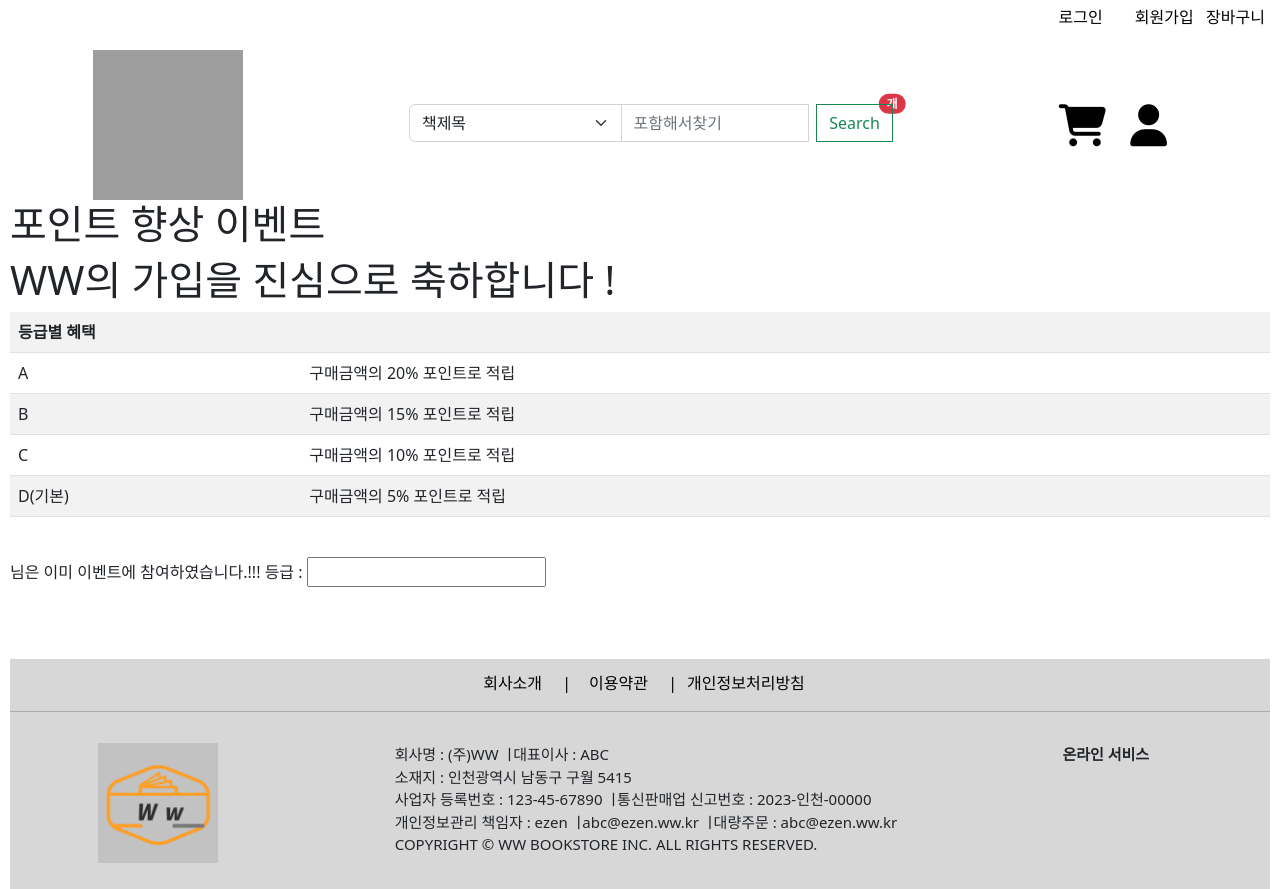
Repository: bongbongi/book1
Page: http://localhost/book/WEB-INF/views/event.jsp
The author's editor kept a copy of each file at every save. The page is drawn from the files as they stood at one save, then again after the next save.
The browser window is 1280 px wide. The pictures show the whole page.
Pictures or frames that could not be fetched are drawn as grey boxes. Some web libraries are served in a nearby version. The page is served by Tomcat 9. Nobody is signed in. Other server files are loaded and not shown. The template is opened directly, without the code that normally fills it, so the values that code supplies are empty.

Above is the page before, as saved 2023-01-23 14:40:43.

### book/src/main/webapp/WEB-INF/views/event.jsp
<%@ page language="java" contentType="text/html; charset=UTF-8" pageEncoding="UTF-8"%>
<%@ taglib uri="http://java.sun.com/jsp/jstl/core" prefix="c"%>
<%@ taglib uri="http://java.sun.com/jsp/jstl/functions" prefix="fn"%>
<!DOCTYPE html>
<html>
<head>
<meta charset="UTF-8">
<title>Insert title here</title>
<style type="text/css">
.event_main {
   margin: 0 auto;
   width: 1260px;
}
#eventBefore{

}
#eventAfter{
   display: none;
}
</style>
<link rel="stylesheet" href="/resources/css/main.css" type="text/css" />
<script type="text/javascript" src="/resources/js/Winwheel.js"></script>
<script src="http://cdnjs.cloudflare.com/ajax/libs/gsap/latest/TweenMax.min.js"></script>
</head>


<body>

   <jsp:include page="./layout/header.jsp"></jsp:include>
   <div class="event_main">

      <h1>포인트 향상 이벤트</h1>
      <h1>WW의 가입을 진심으로 축하합니다 !</h1>

      <table class="table table-striped">
         <tr>
            <th colspan="2">등급별 혜택</th>
         </tr>
         <tr>
            <td>A</td>
            <td>구매금액의 20% 포인트로 적립</td>
         </tr>
         <tr>
            <td>B</td>
            <td>구매금액의 15% 포인트로 적립</td>
         </tr>
         <tr>
            <td>C</td>
            <td>구매금액의 10% 포인트로 적립</td>
         </tr>
         <tr>
            <td>D(기본)</td>
            <td>구매금액의 5% 포인트로 적립</td>
         </tr>
      </table>
      <br>

      <c:if test="${ses.mem_rating ne 'D'}">
            ${ses.mem_id}님은 이미 이벤트에 참여하였습니다.!!!
            ${ses.mem_id} 등급 :  <input id="rating" value="${ses.mem_rating }">
      </c:if>

      <c:if test="${ses.mem_rating eq 'D'}">
        <div id="eventBefore"> ${ses.mem_id}님은 아직 <input value="${ses.mem_rating }"> 등급입니다.!!!(등급변경가능)</div>
        <div id="eventAfter"> ${ses.mem_id}님 <input id="rating" value="${ses.mem_rating }"> 등급입니다.!!! 축하합니다</div>
        <div align="center">
            <table cellpadding="0" cellspacing="0" border="0">
               <tr>
                  <td>
                     <div class="power_controls">
                        <br /> <br />
                        <table class="power" cellpadding="10" cellspacing="0">
                           <tr>
                              <th align="center">Power</th>
                           </tr>
                           <tr>
                              <td width="78" align="center" id="pw3" onClick="powerSelected(3);">High</td>
                           </tr>
                           <tr>
                              <td align="center" id="pw2" onClick="powerSelected(2);">Med</td>
                           </tr>
                           <tr>
                              <td align="center" id="pw1" onClick="powerSelected(1);">Low</td>
                           </tr>
                        </table>
                        <br /> <img id="spin_button" src="/resources/img/spin_off.png" alt="Spin" onClick="startSpin();" />

                     </div>
                  </td>
                  <td width="438" height="582" class="the_wheel" align="center" valign="center">
                     <canvas id="canvas" width="434" height="434">
                            <p style="color: white" align="center">Sorry, your browser doesn't support canvas. Please try another.</p>
                        </canvas>
                  </td>
               </tr>
            </table>
         </div>
      </c:if>
      <script>
            // Create new wheel object specifying the parameters at creation time.
            let theWheel = new Winwheel({
                'numSegments'  : 8,     // Specify number of segments.
                'outerRadius'  : 212,   // Set outer radius so wheel fits inside the background.
                'textFontSize' : 28,    // Set font size as desired.
                'segments'     :        // Define segments including colour and text.
                [
                    {'fillStyle' : '#7286D3', 'text' : 'A'},
                     {'fillStyle' : '#8EA7E9', 'text' : 'B'},
                     {'fillStyle' : '#E5E0FF', 'text' : 'C'},
                     {'fillStyle' : '#FFF2F2', 'text' : 'D'},
                     {'fillStyle' : '#7286D3', 'text' : 'A'},
                     {'fillStyle' : '#8EA7E9', 'text' : 'B'},
                     {'fillStyle' : '#E5E0FF', 'text' : 'C'},
                     {'fillStyle' : '#FFF2F2', 'text' : 'D'}
                ],
                'animation' :           // Specify the animation to use.
                {
                    'type'     : 'spinToStop',
                    'duration' : 5,     // Duration in seconds.
                    'spins'    : 8,     // Number of complete spins.
                    'callbackFinished' : alertPrize
                }
            });

            // Vars used by the code in this page to do power controls.
            let wheelPower    = 0;
            let wheelSpinning = false;

            // -------------------------------------------------------
            // Function to handle the onClick on the power buttons.
            // -------------------------------------------------------
            function powerSelected(powerLevel)
            {
                // Ensure that power can't be changed while wheel is spinning.
                if (wheelSpinning == false) {
                    // Reset all to grey incase this is not the first time the user has selected the power.
                    document.getElementById('pw1').className = "";
                    document.getElementById('pw2').className = "";
                    document.getElementById('pw3').className = "";

                    // Now light up all cells below-and-including the one selected by changing the class.
                    if (powerLevel >= 1) {
                        document.getElementById('pw1').className = "pw1";
                    }

                    if (powerLevel >= 2) {
                        document.getElementById('pw2').className = "pw2";
                    }

                    if (powerLevel >= 3) {
                        document.getElementById('pw3').className = "pw3";
                    }

                    // Set wheelPower var used when spin button is clicked.
                    wheelPower = powerLevel;

                    // Light up the spin button by changing it's source image and adding a clickable class to it.
                    document.getElementById('spin_button').src = "/resources/img/spin_on.png";
                    document.getElementById('spin_button').className = "clickable";
                }
            }

            // -------------------------------------------------------
            // Click handler for spin button.
            // -------------------------------------------------------
            function startSpin()
            {
                // Ensure that spinning can't be clicked again while already running.
                if (wheelSpinning == false) {
                    // Based on the power level selected adjust the number of spins for the wheel, the more times is has
                    // to rotate with the duration of the animation the quicker the wheel spins.
                    if (wheelPower == 1) {
                        theWheel.animation.spins = 3;
                    } else if (wheelPower == 2) {
                        theWheel.animation.spins = 8;
                    } else if (wheelPower == 3) {
                        theWheel.animation.spins = 15;
                    }

                    // Disable the spin button so can't click again while wheel is spinning.
                    document.getElementById('spin_button').src       = "/resources/img/spin_off.png";
                    document.getElementById('spin_button').className = "";

                    // Begin the spin animation by calling startAnimation on the wheel object.
                    theWheel.startAnimation();

                    // Set to true so that power can't be changed and spin button re-enabled during
                    // the current animation. The user will have to reset before spinning again.
                    wheelSpinning = true;
                }
            }

            // -------------------------------------------------------
            // Function for reset button.
            // -------------------------------------------------------
            function resetWheel()
            {
                theWheel.stopAnimation(false);  // Stop the animation, false as param so does not call callback function.
                theWheel.rotationAngle = 0;     // Re-set the wheel angle to 0 degrees.
                theWheel.draw();                // Call draw to render changes to the wheel.

                document.getElementById('pw1').className = "";  // Remove all colours from the power level indicators.
                document.getElementById('pw2').className = "";
                document.getElementById('pw3').className = "";

                wheelSpinning = false;          // Reset to false to power buttons and spin can be clicked again.
            }

            // -------------------------------------------------------
            // Called when the spin animation has finished by the callback feature of the wheel because I specified callback in the parameters
            // note the indicated segment is passed in as a parmeter as 99% of the time you will want to know this to inform the user of their prize.
            // -------------------------------------------------------

              async function putGrade(memData){
            try {
                 const url='/event';
                 const config={
                     method : 'post',
                     headers : {
                         'content-type':'application/json; charset=utf-8'
                     },
                     body:JSON.stringify(memData)
                 };
                 const resp=await fetch(url,config);
                 const result=await resp.text();
                 return result;
             } catch (error) {
                 console.log(error);
             }
         }

            function alertPrize(indicatedSegment)
            {
               const mnoVal = '<c:out value="${ses.mem_num}" />';
             console.log(mnoVal);

                  const mem_rating=indicatedSegment.text;
             console.log(mem_rating);
             let memData={
                mem_num:mnoVal,
                mem_rating:mem_rating
             };

              putGrade(memData).then(result=>{
                 if(result>0){
                      alert(mem_rating+"등급 혜택에 당첨되셨습니다 !!!");
                      document.getElementById('eventBefore').style.display="none";
                      document.getElementById('eventAfter').style.display="inline-block";
                      document.getElementById('rating').value = mem_rating;

                 }
              })

            }
        </script>
        <br><br><br><br>
   </div>
   <jsp:include page="./layout/footer.jsp"></jsp:include>
</body>
</html>

### book/src/main/webapp/WEB-INF/views/layout/header.jsp
<%@ page language="java" contentType="text/html; charset=UTF-8" pageEncoding="UTF-8"%>
<%@ taglib uri="http://java.sun.com/jsp/jstl/core" prefix="c"%>
<link href="https://cdn.jsdelivr.net/npm/bootstrap@5.2.2/dist/css/bootstrap.min.css" rel="stylesheet" integrity="sha384-Zenh87qX5JnK2Jl0vWa8Ck2rdkQ2Bzep5IDxbcnCeuOxjzrPF/et3URy9Bv1WTRi" crossorigin="anonymous">
<script src="https://kit.fontawesome.com/92e616dfba.js" crossorigin="anonymous"></script>
<meta charset="UTF-8">
<!DOCTYPE html>
<html>
<head>
<style>
.header {
   margin: 0 auto;
   width: 1260px;
   height: 200px;
}

.menu {
   display: flex;
   justify-content: flex-end;
   padding: 5px;
}

.logo {
   width: 150px;
   height: 150px;
   background-color: blue;
}

.logo>a>img {
   width: 150px;
   height: 150px;
}

.searchBar {
   /* position:absolute; */
   width: 484px;
   height: 42px;
   /* background-color: gold; */
   margin-top: 54px;
   border-radius: 30px;
}

.bar {
   height: 150px;
   display: flex;
   flex-direction: row;
   flex-wrap: nowrap;
   justify-content: space-around;
   /*    align-items: baseline; */
}

.icons>a>i {
   font-size: 42px;
   color: black;
   margin-top: 54px;
   margin-right: 20px;
}
</style>
</head>
<body>
   <div class="header">
      <div class="menu">
         <c:if test="${ses.mem_id ==null}">
            <ul>
               <a href="/mem/loginPage">로그인</a>
            </ul>
            <ul>
               <a href="/mem/joinPage">회원가입</a>
            </ul>
         </c:if>
         <c:if test="${ses.mem_auth == '0' }">
            <ul>
               <a href="/mem/logOut">로그아웃</a>
            </ul>
            <ul>
               <a href="/mem/adminPage">관리인페이지</a>
            </ul>
         </c:if>
         <c:if test="${ses.mem_id !=null && ses.mem_auth !='0' }">
            <ul>
               <a href="/mem/logOut">로그아웃</a>
            </ul>
            <ul>
               <a href="/mem/mypage">마이페이지</a>
            </ul>
         </c:if>
         <%-- <ul>
            <a href="/cart/cartdetail?mem_num=${ses.mem_num}">장바구니</a>
         </ul> --%>
         <c:if test="${ses.mem_id !=null}">
         <ul>
            <a href="/cart/cartdetail?mem_num=${ses.mem_num}">장바구니</a>
         </ul>
         </c:if>
         <c:if test="${ses.mem_id == null}">
               <a href="/mem/loginPage" onclick="gologin(event)">&nbsp&nbsp&nbsp장바구니</a>
         </c:if>
      </div>
      <div class="bar">
         <div class="logo">
            <a href="/"><img src="/resources/img/logo.jpg" alt="로고"></a>
         </div>
         <div class="searchBar">
            <form action="/book/search" class="d-flex" role="search" method="get">
               <div class="input-group mb-3">
                  <!-- 값을 별도 저장 -->
                  <c:set value="${pgh.pgvo.type}" var="typed" />
                  <select class="form-select" name="type">
                     <option value="t" ${typed eq 't' ? 'selected' :'' }>책제목</option>
                     <option value="c" ${typed eq 'c' ? 'selected' :'' }>작가이름</option>
                     <option value="w" ${typed eq 'w' ? 'selected' :'' }>출판사</option>
                  </select> <input class="form-control me-2" type="text" name="keyword" placeholder="포함해서찾기"> <input type="hidden" name="pageNo" value="1"> <input type="hidden" name="qty" value="10">
                  <button class="btn btn-outline-success" type="submit">Search</button>
                  <span class="position-absolute top-0 start-100 translate-middle badge rounded-pill bg-danger"> ${pgh.totalCount}개 <span class="visually-hidden">unread messages</span>
                  </span>
               </div>
            </form>
         </div>
         <div class="icons">
            <!-- 로그인 되었을때 -->
            <c:if test="${ses.mem_id !=null}">
            <a href="/cart/cartdetail?mem_num=${ses.mem_num}">
               <i class="fa-solid fa-cart-shopping"></i>
            </a>
            </c:if>
            <!-- 로그인 안되었을때 -->
            <c:if test="${ses.mem_id == null}">
            <a href="/mem/loginPage" onclick="gologin(event)">
               <i class="fa-solid fa-cart-shopping"></i>
            </a>
            </c:if>

            <c:if test="${ses.mem_auth == '0' }">
               <a href="/mem/adminPage">
                  <i class="fa-solid fa-user"></i>
               </a>
            </c:if>
            <c:if test="${ses.mem_auth != '0' }">
               <a href="/mem/mypage">
                  <i class="fa-solid fa-user"></i>
               </a>
            </c:if>

         </div>
      </div>
   </div>

   <script type="text/javascript">
      function gologin(event) {
         alert("로그인이 필요합니다!");
      }
      </script>
</body>
</html>

### book/src/main/webapp/WEB-INF/views/layout/footer.jsp
<%@ page language="java" contentType="text/html; charset=UTF-8"
   pageEncoding="UTF-8"%>
   <%@ taglib uri="http://java.sun.com/jsp/jstl/core" prefix="c"%>
<!DOCTYPE html>
<html>
<head>
<meta charset="UTF-8">
<title>Insert title here</title>
<style>
.footer {
   width: 1260px;
   height: 230px;
   background-color: rgba(175, 175, 175, 0.5);
   margin: 0 auto;
}

.footer-logo {

   width: 120px;
   height: 120px;
   background-color: beige;
}
.footer-logo>img{
   width: 120px;
   height: 120px;
}

.address-box {
   text-align: left;
   padding: 0;
   margin: 0;
}

.address {
   padding: 15px;
   height: 150px;
   display: flex;
   font-size: 15px;
   /* align-items: baseline; */
   flex-direction: row;
   flex-wrap: nowrap;
   justify-content: space-around;
}

ul {
   list-style: none;
}

.footer, .address li {

}

.footer-top {
   text-align: center;
   padding-top: 12px;
}

.footer-top>ul {
   margin: 0;
   padding: 0;
   display: flex;
   justify-content: center;
}

.footer-top>li {
   margin: 0;
   padding: 0;
}

a {
   text-decoration-line: none;
   color: black;
}

a:visited {
   text-decoration: none;
}

a:hover {
   text-decoration: none;
}

a:focus {
   text-decoration: none;
}

a:hover, a:active {
   text-decoration: none;
}

.online-serviceBar {
   padding: 0px;
   margin-left: 20px;
   width: 120px;
   height: 120px;
}

.online-serviceBar>ul {
   margin: 0px;
   padding: 0px;
}

</style>

</head>

<body>
   <div class="footer">
      <div class="footer-top">
         <ul>
            <li><a href="/introduce">회사소개 　|　 </a></li>
            <li><a href="/tos">이용약관 　| 　</a></li>
            <li><a href="/pp">개인정보처리방침</a></li>
         </ul>
      </div>
      <hr>
      <div class="address">
         <div class="footer-logo">
            <img src="../resources/img/logo2.png" alt="로고">
         </div>
         <div class="address-box">
            <ul>
               <li>회사명 : (주)WW <span style="margin-right: -7px;">ㅣ</span>
                  대표이사 : ABC
               </li>

               <li>소재지 : 인천광역시 남동구 구월 5415</li>
               <li>사업자 등록번호 : 123-45-67890 <span style="margin-right: -7px;">ㅣ</span>
                  통신판매업 신고번호 : 2023-인천-00000
               </li>

               <li>개인정보관리 책임자 : ezen <span style="margin-right: -7px;">ㅣ</span>
                  abc@ezen.ww.kr <span style="margin-right: -7px;">ㅣ</span> 대량주문 :
                  abc@ezen.ww.kr
               </li>

               <li>COPYRIGHT © WW BOOKSTORE INC. ALL RIGHTS RESERVED.</li>

            </ul>

         </div>
         <div class="online-serviceBar">
            <strong>온라인 서비스</strong>
            <c:if test="${ses.mem_auth eq 1}">
            <ul>
               <li><a href="/mem/mypage">마이페이지</a></li>
               <li><a href="/ntc/noticeOnly">공지사항</a></li>
               <li><a href="/board/list">1대1문의</a></li>
               <li><a href="/faq/faqListOnly">FAQ</a></li>
            </ul>
            </c:if>
            <c:if test="${ses.mem_auth eq 0}">
            <ul>
               <li><a href="/" onclick="gologin(event)">마이페이지</a></li>
               <li><a href="/ntc/noticeOnly">공지사항</a></li>
               <li><a href="/" onclick="gologin(event)">1대1문의</a></li>
               <li><a href="/faq/faqListOnly">FAQ</a></li>
            </ul>

            </c:if>
         </div>
      </div>
   </div>

   <script type="text/javascript">

   function gologin(event) {
      alert("일반회원 영역입니다")
   }



   </script>

</body>
</html>

### book/src/main/webapp/resources/css/main.css
@charset "UTF-8";

/*
Description:
    Contains all the styles for the winning wheel page.

Verison History:
    2012-01-28, Douglas McKechie
    - Created based off earlier version.

    2015-09-26, Douglas McKechie
    - Minor updates for the 2.0 winwheel example.
*/

body
{
    font-family: arial;
}

/* Sets the background image for the wheel */
td.the_wheel
{
    background-image: url(./wheel_back.png);
    background-position: center;
    background-repeat: none;
}

/* Do some css reset on selected elements */
h1, p
{
    margin: 0;
}

div.power_controls
{
    margin-right:70px;
}

div.html5_logo
{
    margin-left:70px;
}

/* Styles for the power selection controls */
table.power
{
    background-color: #cccccc;
    cursor: pointer;
    border:1px solid #333333;
}

table.power th
{
    background-color: white;
    cursor: default;
}

td.pw1
{
    background-color: #E5E0FF;
}

td.pw2
{
    background-color: #8EA7E9;
}

td.pw3
{
    background-color: #7286D3;
}

/* Style applied to the spin button once a power has been selected */
.clickable
{
    cursor: pointer;
}

/* Other misc styles */
.margin_bottom
{
    margin-bottom: 5px;
}

Loaded but not shown: book/src/main/webapp/resources/js/Winwheel.js (2340 lines, source omitted)

After the next save:
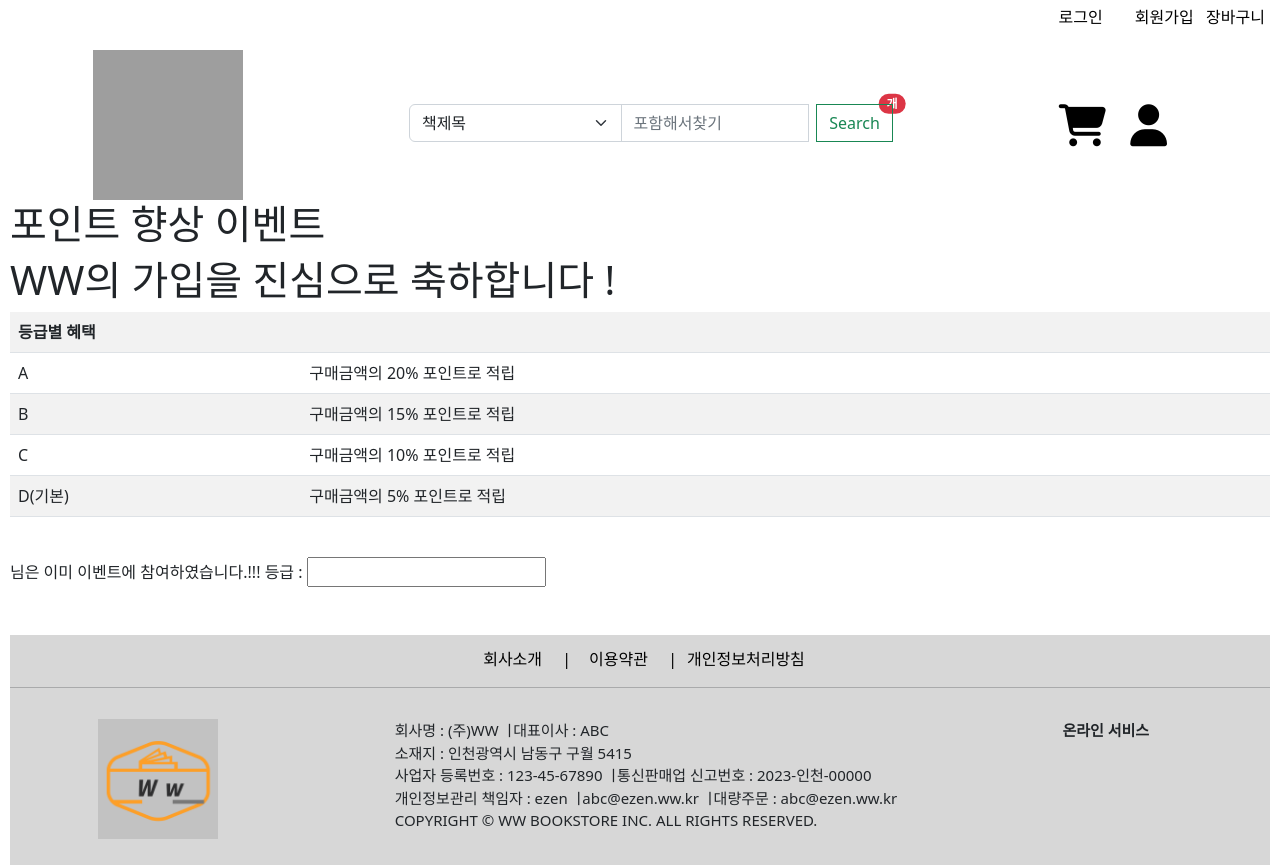
Saved 5 s later.
--- a/book/src/main/webapp/WEB-INF/views/event.jsp
+++ b/book/src/main/webapp/WEB-INF/views/event.jsp
@@ -253,7 +253,7 @@
 
             }
         </script>
-        <br><br><br><br>
+        <br><br><br>
    </div>
    <jsp:include page="./layout/footer.jsp"></jsp:include>
 </body>
